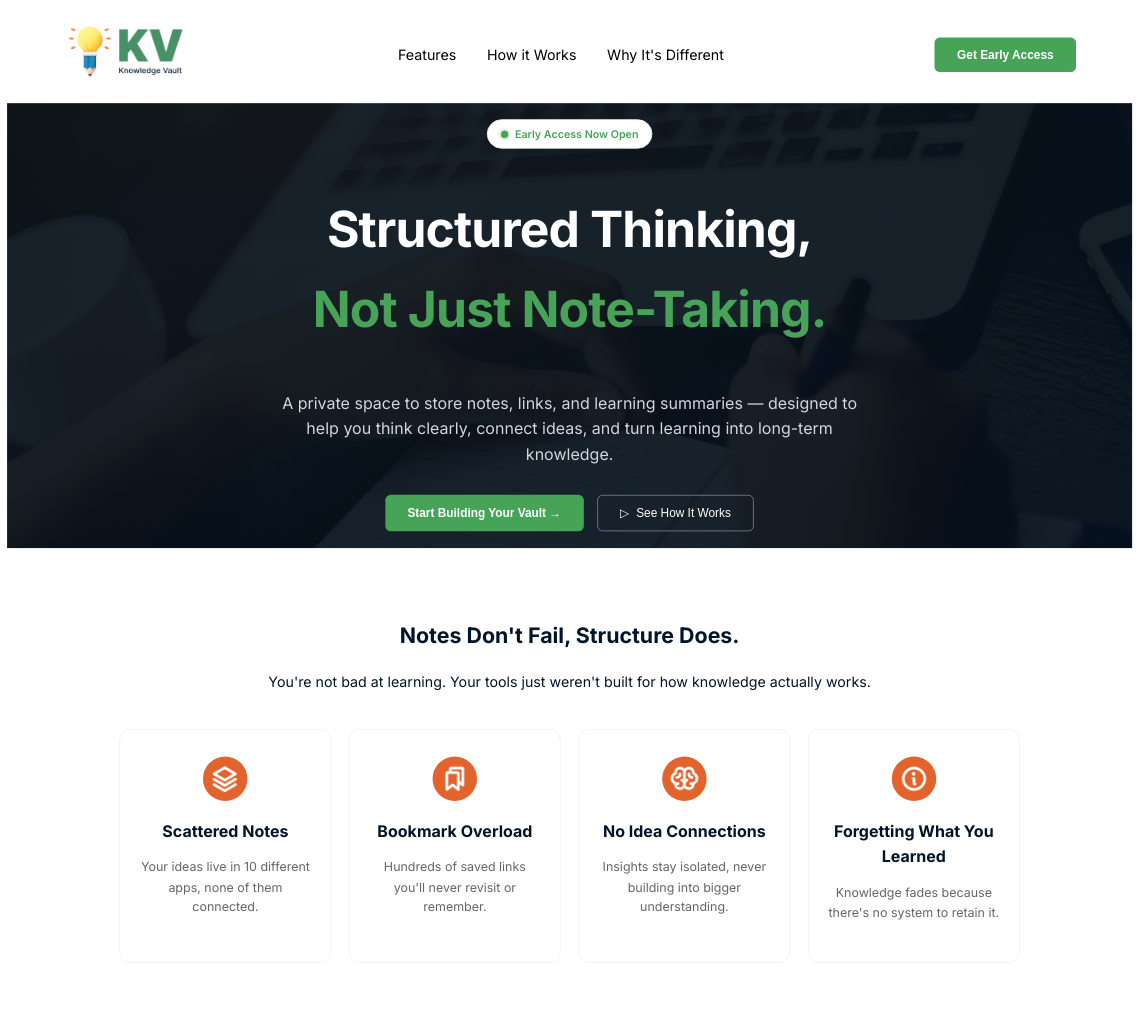
Repository: Saiful21Islam/my-fast-devel
Page: index.html
An editor plug-in stored every save of this project. The page is shown before and after a run of saves, followed by the edit.
The browser window is 1280 px wide. The pictures show the whole page, at 89% of full size.

Above is the page before, as saved 2026-01-31 12:21:31.

### index.html
<!DOCTYPE html>
<html lang="en">

<head>
    <meta charset="UTF-8">
    <meta name="viewport" content="width=device-width, initial-scale=1.0">
    <title>My Fast Development Project</title>
    <link rel="preconnect" href="https://fonts.googleapis.com">
<link rel="preconnect" href="https://fonts.gstatic.com" crossorigin>
<link href="https://fonts.googleapis.com/css2?family=Inter:ital,opsz,wght@0,14..32,100..900;1,14..32,100..900&family=Open+Sans:ital,wght@0,300..800;1,300..800&family=Work+Sans:ital,wght@0,100..900;1,100..900&display=swap" rel="stylesheet">
    <link rel="stylesheet" href="style.css">
</head>

<body>
    <header class="navbar">
        <div class="logo">
            <img src="assets/logo-navbar.png" alt="kv logo">
        </div>
    <nav class="nav-links">
        <a href="#">Features</a>
        <a href="#">How it Works</a>
        <a href="#">Why It's Different</a>
    </nav>
    <button class="btn-primary">Get Early Access</button>
</header>
 <section class="banner">
        <div class="banner-overlay">
            <div class="banner-content">
                <span class="early-badge">Early Access Now Open</span>
                <h1>Structured Thinking, <br><span class="green-text">Not Just Note-Taking.</span></h1>
                <p>A private space to store notes, links, and learning summaries — designed to help you think clearly,
                    connect ideas, and turn learning into long-term knowledge.</p>
                <div class="banner-btns">
                  <button class="btn-primary">Start Building Your Vault &rarr;</button>

                  <button class="btn-outline">
                  <span class="play-icon">&#9655;</span> See How It Works
                           </button>
                </div>
            </div>
        </div>
    </section>
        <section class="notes">
    <h2 class="Notes" >Notes Don't Fail, Structure Does.</h2>
    <p class="subtitle">You're not bad at learning. Your tools just weren't built for how knowledge actually works.</p>

    <div class="card-container">
        <div class="card">
            <div class="icon-circle red-bg"> <img src="assets/Vector.png" alt=""> </div>
            <h3>Scattered Notes</h3>
            <p>Your ideas live in 10 different apps, none of them connected.</p>
        </div>
        <div class="card">
            <div class="icon-circle orange-bg"> <img src="assets/Bookmarks.png" alt=""> </div>
            <h3>Bookmark Overload</h3>
            <p>Hundreds of saved links you'll never revisit or remember.</p>
        </div>
        <div class="card">
            <div class="icon-circle red-bg"> <img src="assets/Brain.png" alt=""> </div>
            <h3>No Idea Connections</h3>
            <p>Insights stay isolated, never building into bigger understanding.</p>
        </div>
        <div class="card">
            <div class="icon-circle red-bg"> <img src="assets/Info.png" alt=""> </div>
            <h3>Forgetting What You Learned</h3>
            <p>Knowledge fades because there's no system to retain it.</p>
        </div>
    </div>
    </section>


</body>
</html>

### style.css
/* Google Font (Always on Top) */
@import url('https://fonts.googleapis.com/css2?family=Inter:wght@400;600;700&display=swap');

/* Global */
body {
    font-family: 'Inter', sans-serif;
    color: #001529;
    line-height: 1.6;
}

/* Navbar */
.navbar {
    display: flex;
    justify-content: space-between;
    align-items: center;
    padding: 20px 5%;
}

.nav-links a {
    text-decoration: none;
    color: black;
    margin: 0 15px;
}

/* Buttons */
.btn-early {
    background-color: #46a358;
    color: white;
    padding: 10px 20px;
    border: none;
    border-radius: 5px;
}

/* Banner */
.banner {
    background-image: linear-gradient(rgba(0,0,0,0.5), rgba(0,0,0,0.5)),
                      url('assets/hero-bg.png');
    background-size: cover;
    background-position: center;
    height: 500px;

    display: flex;
    justify-content: center;
    align-items: center;
    text-align: center;
    color: white;
}

/* Badge */
.early-badge {
    display: inline-flex;
    align-items: center;
    color: #46a358;
    background-color: #fff;
    padding: 6px 15px;
    border: 1px solid #eee;
    border-radius: 50px;
    font-size: 12px;
    font-weight: 600;
    cursor: pointer;
    box-shadow: 0 2px 5px rgba(0,0,0,0.1);
}

.early-badge::before {
    content: "";
    height: 8px;
    width: 8px;
    background-color: #46a358;
    border-radius: 50%;
    margin-right: 8px;
    box-shadow: 0 0 5px rgba(70, 163, 88, 0.8);
}

/* Text */
h1 {
    font-size: 56px;
    font-weight: 700;
    letter-spacing: -1px;
}

.green-text {
    color: #46a358;
}

.banner p {
    font-size: 18px;
    color: #cfd8dc;
    max-width: 650px;
    margin: 20px auto;
}

/* Banner Buttons */
.banner-btns {
    display: flex;
    justify-content: center;
    gap: 15px;
    margin-top: 30px;
}

.btn-primary {
    background-color: #46a358;
    color: white;
    padding: 12px 25px;
    border: none;
    border-radius: 6px;
    font-weight: 600;
    cursor: pointer;
    transition: 0.3s;
}

.btn-primary:hover {
    background-color: #3b8a4a;
}

.btn-outline {
    background: transparent;
    color: white;
    padding: 12px 25px;
    border: 1px solid rgba(255, 255, 255, 0.4);
    border-radius: 6px;
    font-weight: 500;
    cursor: pointer;
    display: flex;
    align-items: center;
    gap: 8px;
}

.btn-outline:hover {
    background: rgba(255, 255, 255, 0.1);
    border-color: white;
}


.notes {
    text-align: center;
    padding: 60px 10%;
    background-color: #fff;
}

.card-container {
    display: flex; /* 4ti card ke pashapashi rakhar jonno */
    gap: 20px;
    margin-top: 40px;
}

.card {
    flex: 1; /* Shob card shoman size-er hobe */
    padding: 30px 20px;
    border: 1px solid #f4f0ee;
    border-radius: 12px;
    transition: 0.3s;

}

/* Hover Effect (Challenge Requirement) */
.card:hover {
    box-shadow: 0 10px 20px rgba(0,0,0,0.05);
    transform: translateY(-5px);
}

/* Icon Design */
.icon-circle {
    width: 50px;
    height: 50px;
    border-radius: 50%;
    display: flex;
    align-items: center;
    justify-content: center;
    margin: 0 auto 20px;
    font-size: 20px;

}

.red-bg { background-color: #e3632c; color: #f1ecec; }
.orange-bg { background-color: #e3632c; color: #fefdfc; }

.card h3 {
    font-size: 18px;
    margin-bottom: 10px;
}

.card p {
    font-size: 14px;
    color: #666;
}

After the next 4 saves:
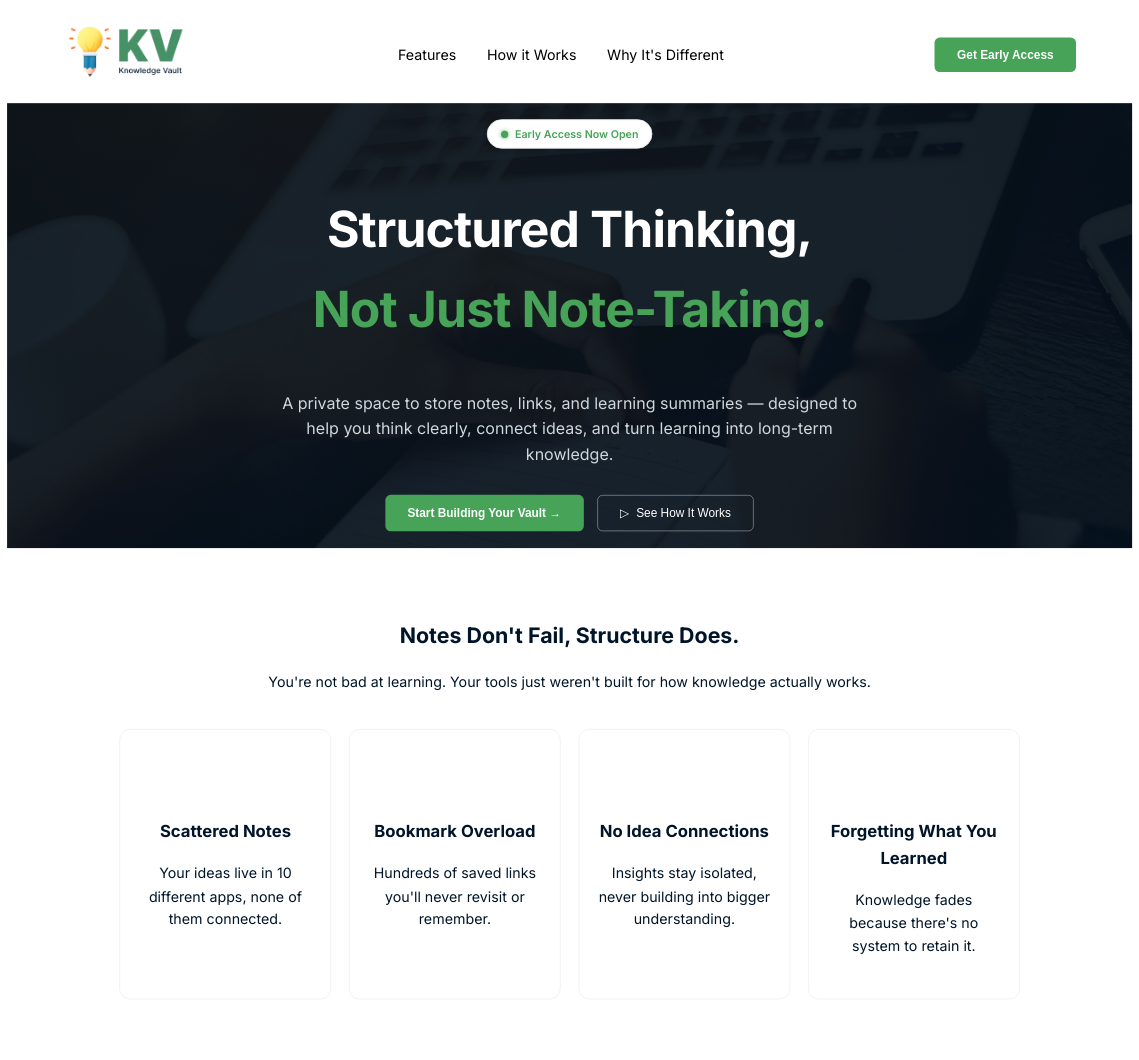
The 4 saves are shown as one change because they came seconds apart.
The last was saved 42 s later.
--- a/style.css
+++ b/style.css
@@ -170,7 +170,7 @@
     font-size: 20px;
 
 }
-
+.Notes {
 .red-bg { background-color: #e3632c; color: #f1ecec; }
 .orange-bg { background-color: #e3632c; color: #fefdfc; }
 

After the 2 saves that followed:
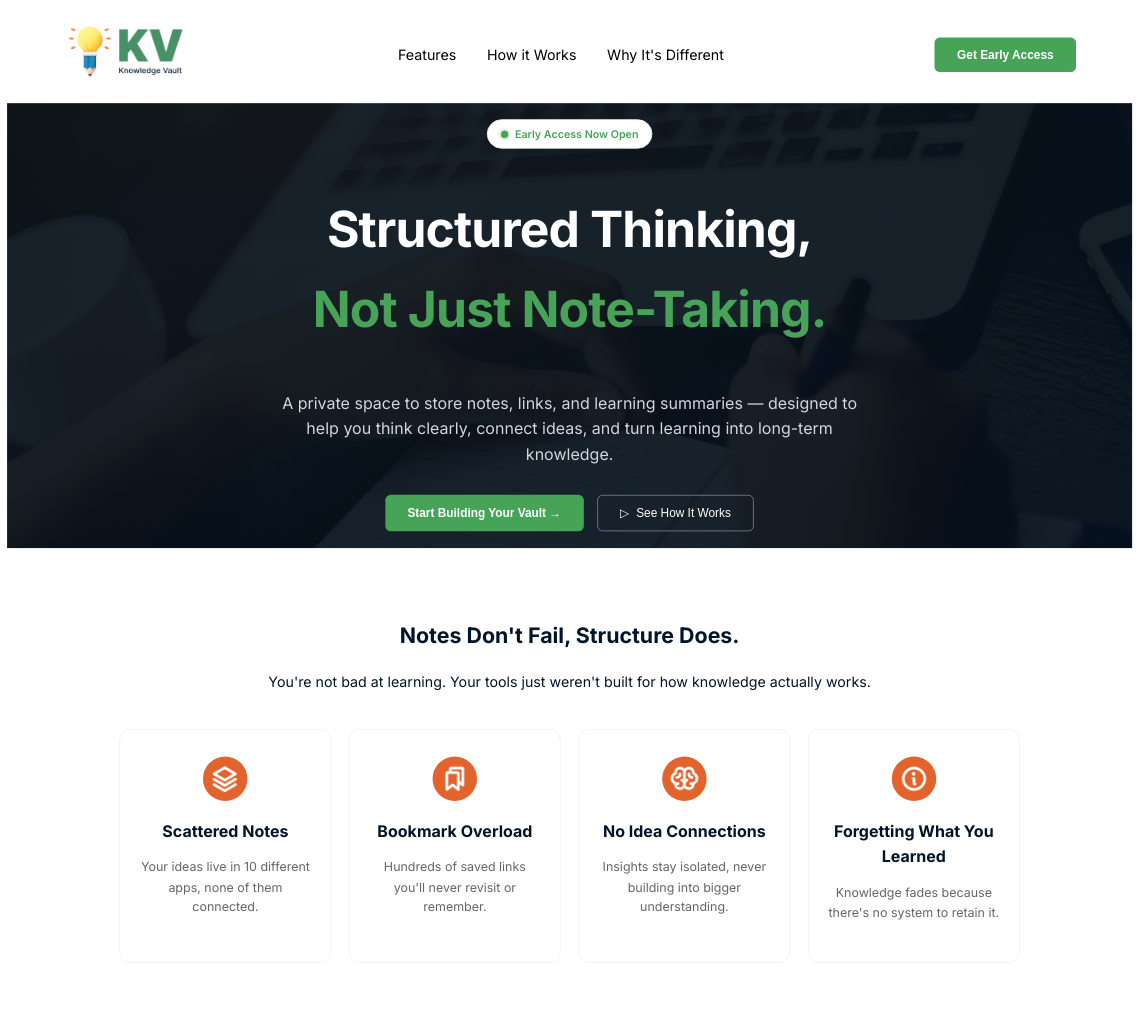
The 2 saves are shown as one change because they came seconds apart.
The last was saved 9 s later.
--- a/style.css
+++ b/style.css
@@ -171,6 +171,8 @@
 
 }
 .Notes {
+
+}
 .red-bg { background-color: #e3632c; color: #f1ecec; }
 .orange-bg { background-color: #e3632c; color: #fefdfc; }
 
